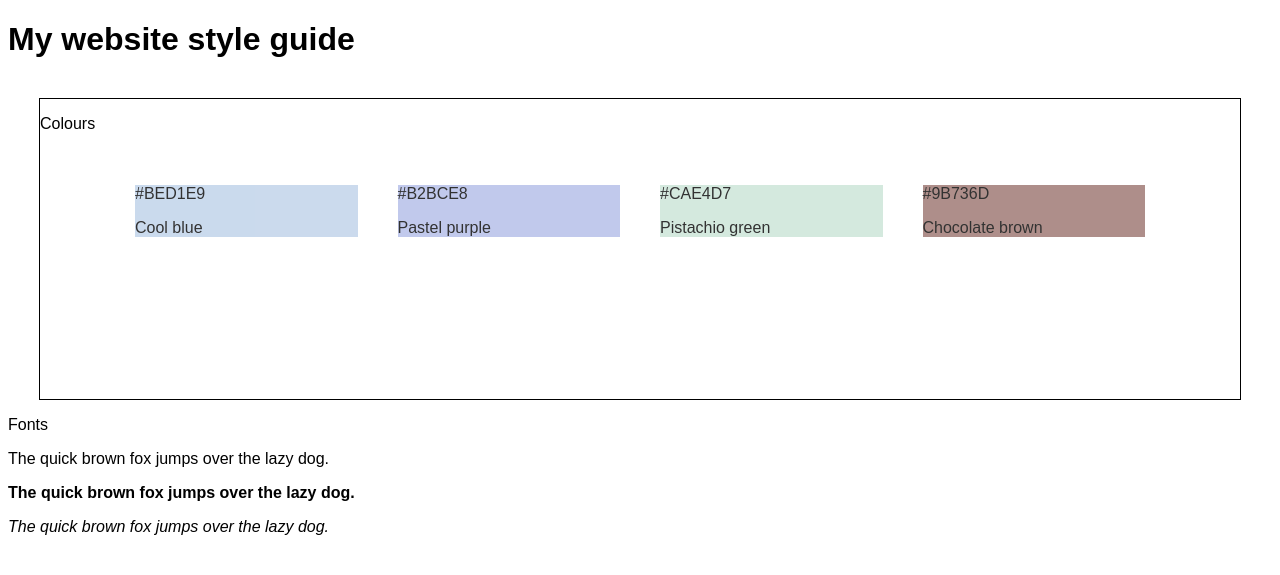
Repository: nazaninrizvi/codecademy
Page: Javascript/website-design-system/index.html
The author's editor kept a copy of each file at every save. The page is drawn from the files as they stood at one save, then again after the next save.
The browser window is 1280 px wide. The pictures show the whole page.

Above is the page before, as saved 2021-11-26 14:49:28.

After the next save:
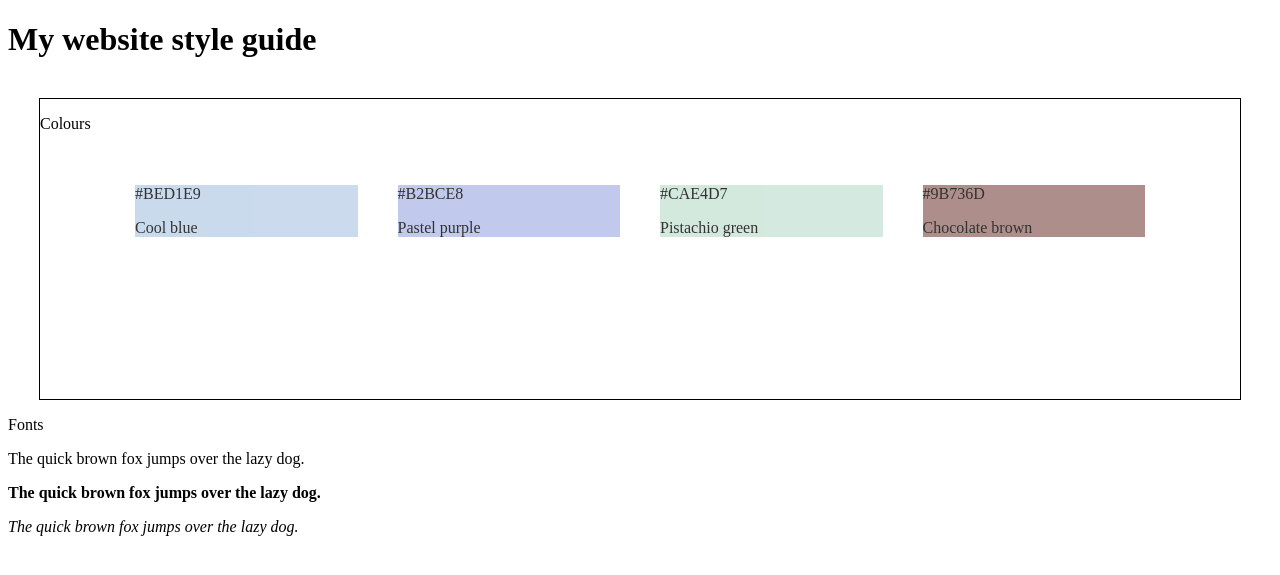
Saved 46 min 47 s later.
--- a/Javascript/website-design-system/styles.css
+++ b/Javascript/website-design-system/styles.css
@@ -1,5 +1,5 @@
 *{
-    font-family: 'Montserrat', sans-serif;
+
 }
 
 .colors-container{

After the save that followed:
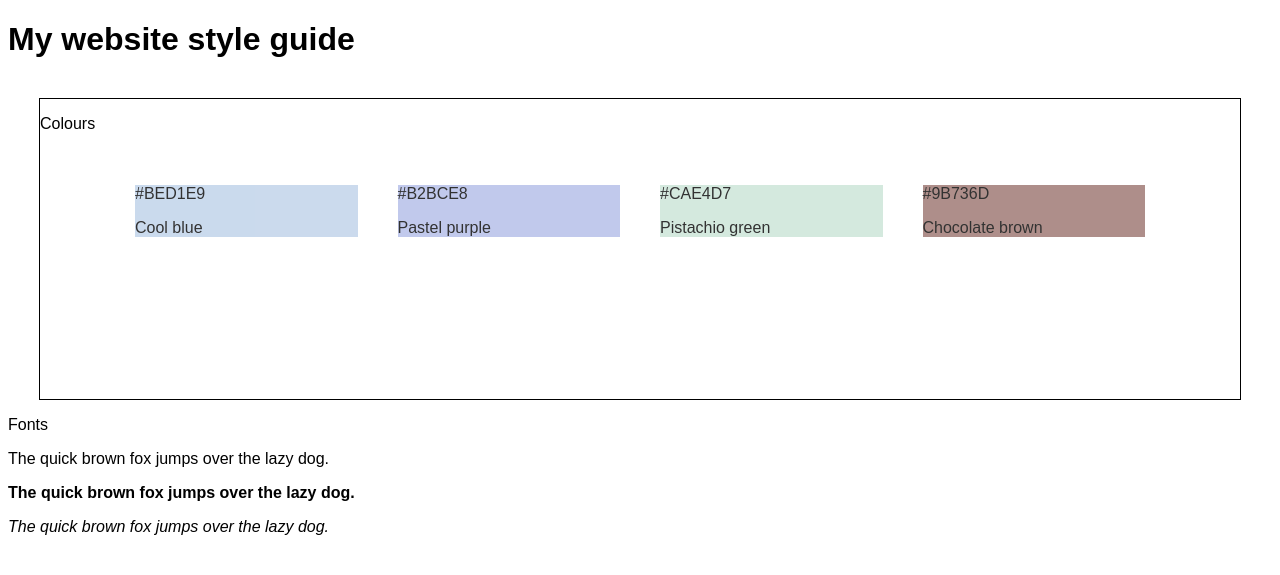
Saved 8 s later.
--- a/Javascript/website-design-system/styles.css
+++ b/Javascript/website-design-system/styles.css
@@ -1,5 +1,5 @@
 *{
-
+    font-family: 'Montserrat', sans-serif;
 }
 
 .colors-container{
